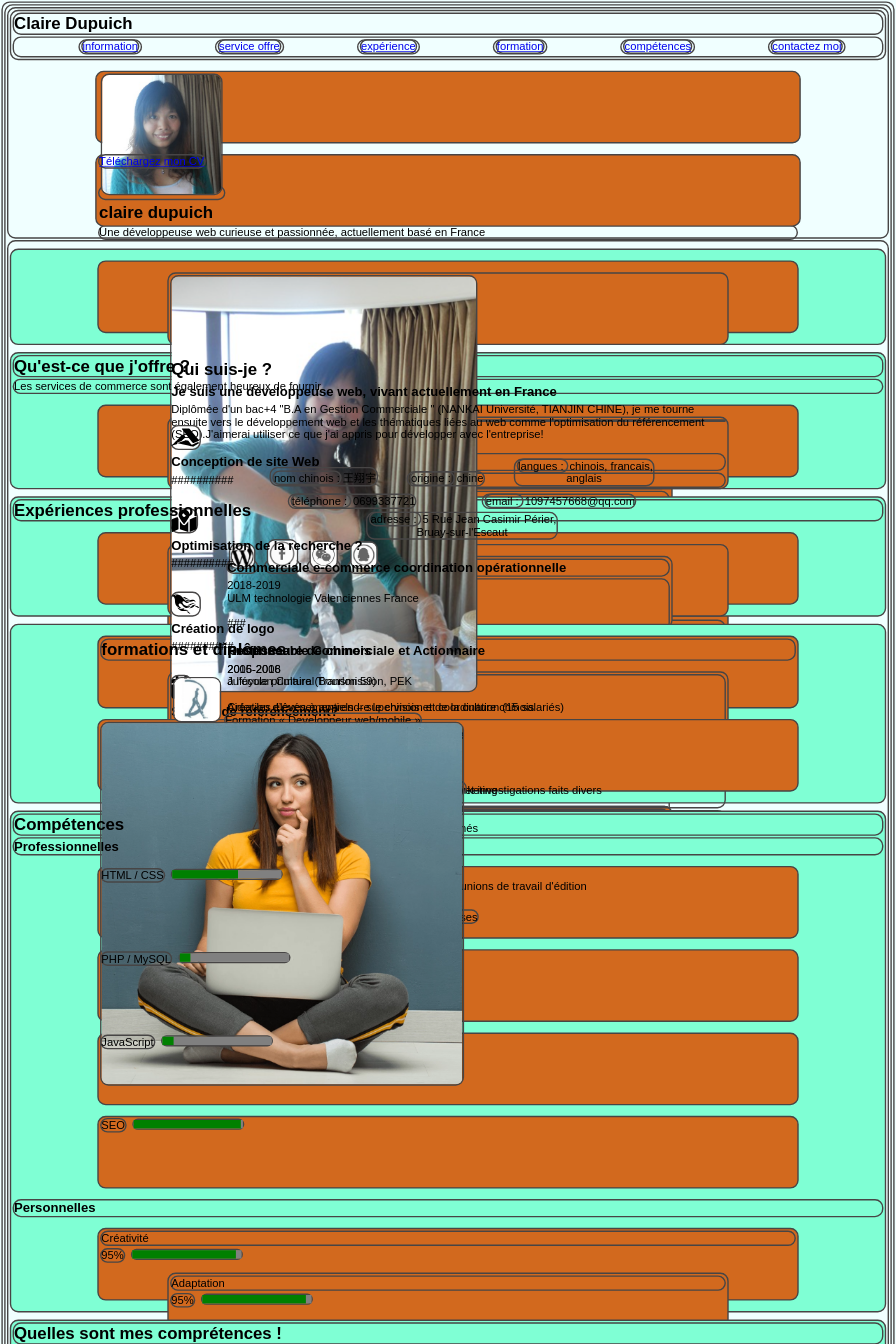
Repository: clairedupuich/cv-claireDUPUICH
Page: cv.html
The author's editor kept a copy of each file at every save. The page is drawn from the files as they stood at one save, then again after the next save.
The browser window is 1280 px wide. The pictures show the part of the page from y = 0 to 1920 px (the page is 3478 px tall), at 70% of full size.
Some web libraries are served in a nearby version.

Above is the page before, as saved 2020-10-08 14:58:58.

### cv.html
<head>
    <title>CV de claire dupuich</title>
    <meta charset="utf-8">
    <meta name="viewport"
          content="width=device-width, initial-scale=1, user-scalable=no">
    <link rel="stylesheet" href="cv.css">
    <link rel="icon" type="image/ico" href="image/favicon.PNG" />
    <link rel="stylesheet" href="https://stackpath.bootstrapcdn.com/font-awesome/4.7.0/css/font-awesome.min.css">
    <link href="https://fonts.googleapis.com/css2?family=Pacifico&display=swap" rel="stylesheet">
</head>
<body>

    <header>
        <nav id="nav" >
            <h1 id="myBtn">Claire Dupuich</h1>
            <script>
                document.getElementById("myBtn").addEventListener("click", function() {
                  alert("Bienvenue sur mon site !");
                });
                </script>
            <ul>
                <li class="lan"><a href="#presant"> information</a></li>
                <li class="lan"><a href="#service">service offre</a></li>
                <li class="lan"><a href="#expreience">expérience</a></li>
                <li class="lan"><a href="#formation">formation</a></li>
                <li class="lan"><a href="#compretence">compétences</a></li>
                <li class="lan"><a href="#cont">contactez moi</a></li>
            </ul>

        </nav>
        <div class="image" id="navimage" >
            <a class="image-grand" href="照片.PNG"><img src="捕获170.png" alt="ma photo" class="ph"/> </a>
            <h2 class="dans-nav">claire dupuich</h2>
            <p>Une développeuse web curieuse et passionnée, actuellement basé en France</p>


        </div>
        <div class="telechargecv" >
            <a href="DUPUICH CV - E COMMERCE.doc">Téléchargez mon CV</a>

        </div>

    </header>
    <main>
        <!--section presant-->
        <section id="presant" >
        <div class="presant">
            <div class="image2">
                <img src="照片2.PNG" alt="un grand photo"/>
            </div>
            <div class="pre">
                <h2>Qui suis-je ?</h2>
                <h3>Je suis une développeuse web, vivant actuellement en France</h3>
                <p>Diplômée d'un bac+4 "B.A en Gestion Commerciale " (NANKAI Université, TIANJIN CHINE), je me tourne ensuite vers le développement web et les
                    thématiques liées au web comme l'optimisation du référencement (SEO).J'aimerai utiliser ce que j'ai appris pour développer avec l'entreprise!</p>
                <div class="list">

                    <ul>
                        <li><span class="contact-flex">nom chinois :</span>王翔宇</li>
                        <li><span class="contact-flex">origine : </span>chine</li>
                        <li><span class="contact-flex">langues : </span>chinois, francais, <br>anglais</li>
                    </ul>
                    <ul>
                         <li><span class="contact-flex">téléphone : </span>0699337721</li>
                         <li><span class="contact-flex">email : </span>1097457668@qq.com</li>
                         <li><span class="contact-flex">adresse : </span>5 Rue Jean Casimir Périer,
                         </br> Bruay-sur-l'Escaut</li>
                    </ul>
                </div>
                <div class="social">
                    <a href="https://clairedupuich.wordpress.com/a-propos/" target="_blank"><img src="捕获wpress.png" alt="Logo wrodpress"></a>
                    <a href="#"><img src="捕获facebook.PNG" alt="Logo Fb"></a>
                    <a href="#"><img src="捕获微信.PNG" alt="Logo wechat"></a>
                    <a href="#"><img src="捕获QQ.PNG" alt="Logo QQ"></a>

                </div>

            </div>

        </div>

        </section>


        <!--section service-->
        <section id="service" class="service">
            <h2 class="service1">Qu'est-ce que j'offre ?</h2>
            <p class="service1">Les services de commerce sont également heureux de fournir</p>
            <div class="icons">
                <div class="icon-item">
                    <p class="padding"></p>
                    <i class="fab fa-accusoft fa-2x"></i>
                    <h3>Conception de site Web</h3>
                    <p>##########</p>

                </div>
                <div class="icon-item">
                    <p class="padding"></p>
                    <i class="fas fa-map-marked-alt fa-2x"></i>
                    <h3>Optimisation de la recherche ?</h3>
                    <p>##########</p>

                </div>
                <div class="icon-item">
                    <p class="padding"></p>
                    <i class="fab fa-phoenix-framework fa-2x"></i>
                    <h3>Création de logo</h3>
                    <p>##########</p>

                </div>
                <div class="icon-item">
                    <p class="padding"></p>
                    <i class="fas fa-calendar-check fa-2x"></i>
                    <h3>Service de référencement?</h3>
                    <p>##########</p>

                </div>

            </div>

        </section>


        <!--section expreience-->
        <section id="expreience" class="espace" >
            <h2 class="eh">Expériences professionnelles</h2>
            <div class="expr">
            <div class="expr1">
                <div class="enf">
                     <h3 class="exp-item">Commerciale e-commerce coordination opérationnelle</h3>
                     <p>2018-2019</br>ULM technologie Valenciennes France</br></br>###</p>
                </div>
                <div class="enf">
                    <h3 class="exp-item">Professeure de chinois</h3>
                    <p>2015-2016</br>à l'école primaire (Bourlon 59)</br></br>Aider les élèves à apprendre le chinois et de la culture chinois</p>
                </div>
                <div class="enf">
                    <h3 class="exp-item">Responsable Marketing et Actionnaire</h3>
                    <p>2009-2013</br>SIkE Ets Consulting Ltd, TIANJIN CHINE </br></br>Développement des projets du département marketing<br/>
                        Vérification et suivi des contrats clientèles VIP<br/>
                        Travail en relation avec les ministères<br/>
                        Formation et évaluation des nouveaux embauchés<br/>
                        Supervision et évaluations périodiques du staff<br/></p>
                </div>
                <div class="enf">
                    <h3 class="exp-item">Directrice des Ventes</h3>
                    <p>2008-2009</br>YUANYANG Science, TIANJIN, CHINE </br></br>Assister le Directeur Général<br/>
                        Développement du fichier clients<br/>
                        Formation du Staff « clients/téléphone »</p>
                </div>
            </div>
            <div class="expr2">
                <div class="enf">
                    <h3 class="exp-item">Responsable Commerciale et Actionnaire</h3>
                    <p>2006-2008</br>Jufuyuan Cultural Transmission, PEK </br></br>Création d’événementiels – supervision et coordination (15 salariés)</p>
                </div>
                <div class="enf">
                    <h3 class="exp-item">Journaliste Reporter d'images</h3>
                    <p>2006</br>pour la Chaîne TODAY's News à PEKIN</br></br>Reportages, couvertures de journaux, interview et investigations faits divers</p>
                </div>
                <div class="enf">
                    <h3 class="exp-item">Journaliste et rédactrice</h3>
                    <p>2005-2006</br>pour la chaîne ZHUOZHOU TV à  ZHUOZHOU </br></br>Reportages et presse écrite<br/>
                        Compétences éditoriales et participation aux réunions de travail d'édition</p>
                </div>
            </div>
            </div>

        </section>


        <!--section formation et diplom-->
        <section id="formation" class="formation">
            <div class="forco">
            <h2>formations et diplômes</h2>
            <div>
                <p><img src="iconfor3.png"/><span class="for-item">Formation « Developpeur web/mobile »</span></br>2020-Auj Anzin France</p>
                <p><img src="iconfor3.png"/><span class="for-item">Formation « MS Outil logiciels du E-commerce »</span></br>2018-2018 Valenciennes France</p>
                <p><img src="iconfor2_gaitubao_53x56.png"/><span class="for-item">B.A en Gestion Commerciale (maîtrise)</span></br>2007-2009 Chine</p>
                <p><img src="iconfor2_gaitubao_53x56.png"/><span class="for-item">Diplôme de gestion et administration des entreprises</span></br>2007-2009 Chine</p>
                <p><img src="iconfor2_gaitubao_53x56.png"/><span class="for-item">Diplôme en Production Audiovisuelle</span></br>2002-2005 Chine</p>


            </div>
            </div>
            <div class="forimg">
                <img src="photo compretence1.png" alt="un image" />
            </div>

        </section>


        <!--section compretence-->
        <section id="compretence" class="compretence">
            <h2 >Compétences</h2>
            <h3 class="compretence1">Professionnelles</h3>
            <div class="comp">
                <label for="barre1"> HTML / CSS</label>
                <progress id="barre1" max="100" value="60" >60%</progress>
            </div>
            <div class="comp">
                <label for="barre2">PHP / MySQL</label>
                <progress id="barre2" max="100" value="10">10%</progress>
            </div>
            <div class="comp">
                <label for="barre3">JavaScript</label>
                <progress id="barre3" max="100" value="10">10%</progress>
            </div>
            <div class="comp">
                <label for="barre4">SEO</label>
                <progress id="barre4" max="100" value="98">10%</progress>
            </div>
            <h3 class="compretence2">Personnelles</h3>
            <div class="comp2">

                 <p>Créativité</p>
                 <label for="cre">95%</label>
                 <progress id="cre" max="100" value="95"></progress>
            <div class="comp2">
                 <p>Adaptation</p>
                 <label for="ada">95%</label>
                 <progress id="ada" max="100" value="95">ou est moi?</progress>
            </div>
            <div class="comp2">
                 <p>Sérieuse</p>
                 <label for="ser">95%</label>
                 <progress id="ser" max="100" value="95"></progress>

            </div>
            <div class="comp2">
                 <p>Pédagogie</p>
                 <label for="peda">95%</label>
                 <progress id="peda" max="100" value="95"></progress>
        </div>

        </section>
        <!--section compretence type2-->
        <section id="service" class="service">
            <h2 >Quelles sont mes comprétences !</h2>
            <p class="service1">Prête à aider votre entreprise à grandir ensemble</p>
            <div class="icons">
                <div class="icon-item">
                    <i class="fas fa-laptop-code fa-2x"></i>
                    <h3>Informatique </h3>
                    <p>Utilisation d’outils de planification, Utilisation d’outils bureautiques, création de sites webs (Prestashop, WordPress, Oxatis, jomla Photoshop);Connaissance html, css.</p>

                </div>
                <div class="icon-item">
                    <i class="fas fa-globe-europe fa-2x"></i>
                    <h3>Langue parlé</h3>
                    <p>Trilingue Mandarin/Français/Anglais</p>

                </div>
                <div class="icon-item">
                    <i class="far fa-handshake fa-2x"></i>
                    <h3>Commerce et Management</h3>
                    <p>Négociation commerciale, team manager, gestion de crise, suivi de contrats, droit Chinois des sociétés, droit commercial Chinois,capable de travailler sous pression et dans le respect des délais.</p>

                </div>
                <div class="icon-item">
                    <i class="fas fa-calendar-check fa-2x "></i>
                    <h3>Communication et Audio visuel </h3>
                    <p>Relations publiques et médias; Usage de caméra pro, montage, interviews</p>

                </div>

            </div>

        </section>


        <!--section mes créations -->
        <section id="">

        </section>



        <!--section loisire-->
        <section id="" class="sintreret">
            <h2>centres d'intérêts </h2>
            <p class="sp">découvrez la beauté de la vie</p>
            <iframe width="210" height="75" src="https://www.youtube.com/embed/2zda1Tr4big" frameborder="0" allow="accelerometer; autoplay; clipboard-write; encrypted-media; gyroscope; picture-in-picture" allowfullscreen></iframe>
           <!--

           <!--<div class="carousel">->
            <div class="slide-container">
                    <div>
                    <div class="slid1 slid">
                        <img src="image\乔巴1.jpg " alt="" class="iimage">
                        <div class="text">
                            <p>One Piece,Dragon Ball Z, Gintama et Le Pacte des Yōkai.Chaque anime est un monde indépendant. Ils sont si loin de nous, mais ils nous rappellent de temps en temps de garder notre innocence et notre passion pour la vie .</p>
                            <h2>Anime</h2>
                            <h3>profite de la vie</h3>
                        </div>
                    </div>

                    <div class="slid2 slid">
                        <img src=" " alt="" class="iimage">
                        <div class="text">
                            <p></p>
                            <h2>musique classique</h2>
                            <h3>profite de la vie</h3>
                        </div>
                    </div>

                    <div class="slid3 slid">
                        <img src=" " alt="" class="iimage">
                        <div class="text">
                            <p></p>
                            <h2>sport</h2>
                            <h3>profite de la vie</h3>
                        </div>
                    </div>

                    <div class="slid4 slid">
                        <img src=" " alt="" class="iimage">
                        <div class="text">
                            <p></p>
                            <h2>jardinage</h2>
                            <h3>profite de la vie</h3>
                        </div>
                    </div>

                    <div class="slid5 slid">
                        <img src=" " alt="" class="iimage">
                        <div class="text">
                            <p></p>
                            <h2>Littérature</h2>
                            <h3>profite de la vie</h3>
                        </div>
                    </div>
                    </div>
                    <!-- Bouton slide précédant -->
                    <a class="prev" id="prev"><</a>
                    <!-- Bouton slide suivant -->
                    <a class="next" id="next">></a>


            </div>
            <br>
            <!-- Indicateurs de Position ->

            <div class="dots">
                 <span class="dot" onclick="currentSlide(1)"></span>
                 <span class="dot" onclick="currentSlide(2)"></span>
                 <span class="dot" onclick="currentSlide(3)"></span>
                 <span class="dot" onclick="currentSlide(4)"></span>
                 <span class="dot" onclick="currentSlide(5)"></span>
            </div>

        </section>
        -->
        <!--senction simple pour l'instant-->
        <div class="contenue-interet">
            <figure class="fig">
                <img img src="image\jardinage.PNG" alt="" class="iimage"/>
                <figcaption>jardinage</figcaption>
            </figure>
            <figure class="fig">
                <img img src="image\musique.PNG" alt="" class="iimage"/>
                <figcaption>musique classique</figcaption>
            </figure>
            <figure class="fig">
                <img img src="image\乔巴1.jpg" alt="" class="iimage"/>
                <figcaption>Anime</figcaption>
            </figure>
            <figure class="fig">
                <img img src="image\sport1.PNG" alt="" class="iimage"/>
                <figcaption>sport</figcaption>
            </figure>
            <figure class="fig">
                <img img src="image\书1.PNG" alt="" class="iimage"/>
                <figcaption>Littérature</figcaption>
            </figure>

        </div>
        <section model de centre interet>

            <div class="owl-item">
                    <div class="review-item">
                        <div class="clint">
                            <img src="image\乔巴1.jpg" alt="" class="imagecerf"/>
                        </div>
                        <p>One Piece,Dragon Ball Z, Gintama et Le Pacte des Yōkai.Chaque anime est un monde indépendant. Ils sont si loin de nous, mais ils nous rappellent de temps en temps de garder notre innocence et notre passion pour la vie .</p>
                        <h2>Anime</h2>
                        <h3>profite de la vie</h3>
                    </div>
             </div>
         </section>



        <!--section formulaire de contact-->
        <section id="cont" class="cont" >
            <h2>contactez moi</h2>
            <div class="hform">
                 <h3>Au plaisir de vous entendre</h1>
                 <p class="contat-p">Nous respectons votre vie privée, ne tolérons pas les spams, ne divulguerons pas vos informations</p>
                 <form action="https://clairedupuich.wordpress.com/contact/#contact-form-3" method="post" class="contact-form ">
                         <div class="nomemail">
                                 <div class="form-nom">
                                     <label for="f-nom" class="fln nom"></label>
                                     <input type="text" name="f-nom" id="f-nom" placeholder="Ton nom" class="name" required >
                                 </div>

                                 <div class="form-emil">
                                      <label for="f-email" class="fln email"></label>
                                      <input type="email" name="f-email" id="f-email" placeholder="Ton E-mail" class="name email" required>
                                 </div>
                         </div>

                         <div class="form-message">
                              <label for="f-message" class="fml"></label>
                              <textarea name="f-message" id="f-message" rows="8" class="textarea" placeholder="Laissez votre message ici" required ></textarea>
                         </div>
                         <div class="contact-submit">

                             <input type="submit"  value="envoyer  message">

                         </div>
                 </form>
            </div>
        </section>






    </main>
    <footer>
    <div class="fo1">
        <h2 class="foh2">claire dupuich</h2>
        <ul>
            <li><img class="iconfooter" src="image\脸书.PNG"/> </li>
            <li><img class="iconfooter" src="image\百度.PNG"/></li>
            <li><img class="iconfooter" src="image\微信1.PNG"/></li>
            <li><img class="iconfooter" src="image\电话.PNG"/></li>

        </ul>

    </div>

    <div class="fo2">

        <p class="fop">Heureux tous les jours</p>
        <p class="fop2"><a href="#navimage"> ^ </a> </p>

    </div>
    </footer>
    <script defer src="https://use.fontawesome.com/releases/v5.14.0/js/all.js" integrity="sha384-3Nqiqht3ZZEO8FKj7GR1upiI385J92VwWNLj+FqHxtLYxd9l+WYpeqSOrLh0T12c" crossorigin="anonymous"></script>
    <script type="text/javascript" src="cv.js"></script>
</body>

### cv.css

    * {
        font-family: Avenir, sans-serif;
        border: 2px solid rgb(71, 69, 69);
        border-radius: 12px;
         margin: 2px;

    }

    body {
        background-color: azure;


    }
    section {
        margin-top: 10px;

        background-color: aquamarine;


    }
    div {
        margin: 15px auto;
        width:80% ;
        height: 100px;
        background-color: chocolate;
    }
    ul {
        text-align: center;
        display: flex;
        justify-content: space-around;
        flex-wrap: wrap;
        list-style: none;
        align-items: flex-end;
    }

    footer{

    }
    footer,
    .header{
        background-color: gray;
        display: flex;
        justify-content: space-around;
    }

    .header {
        text-align: left;

    }
    .img {
        width:170px;
        height: 170px;
        margin-left: 55px;
    }

### cv.js
// Gestion de la fermeture de la page web
window.addEventListener("beforeunload", function (e) {
    var message = "À bientôt!";
    e.returnValue = message; // Provoque une demande de confirmation (standard)
    return message; // Provoque une demande de confirmation (certains navigateurs)
});

After the next save:
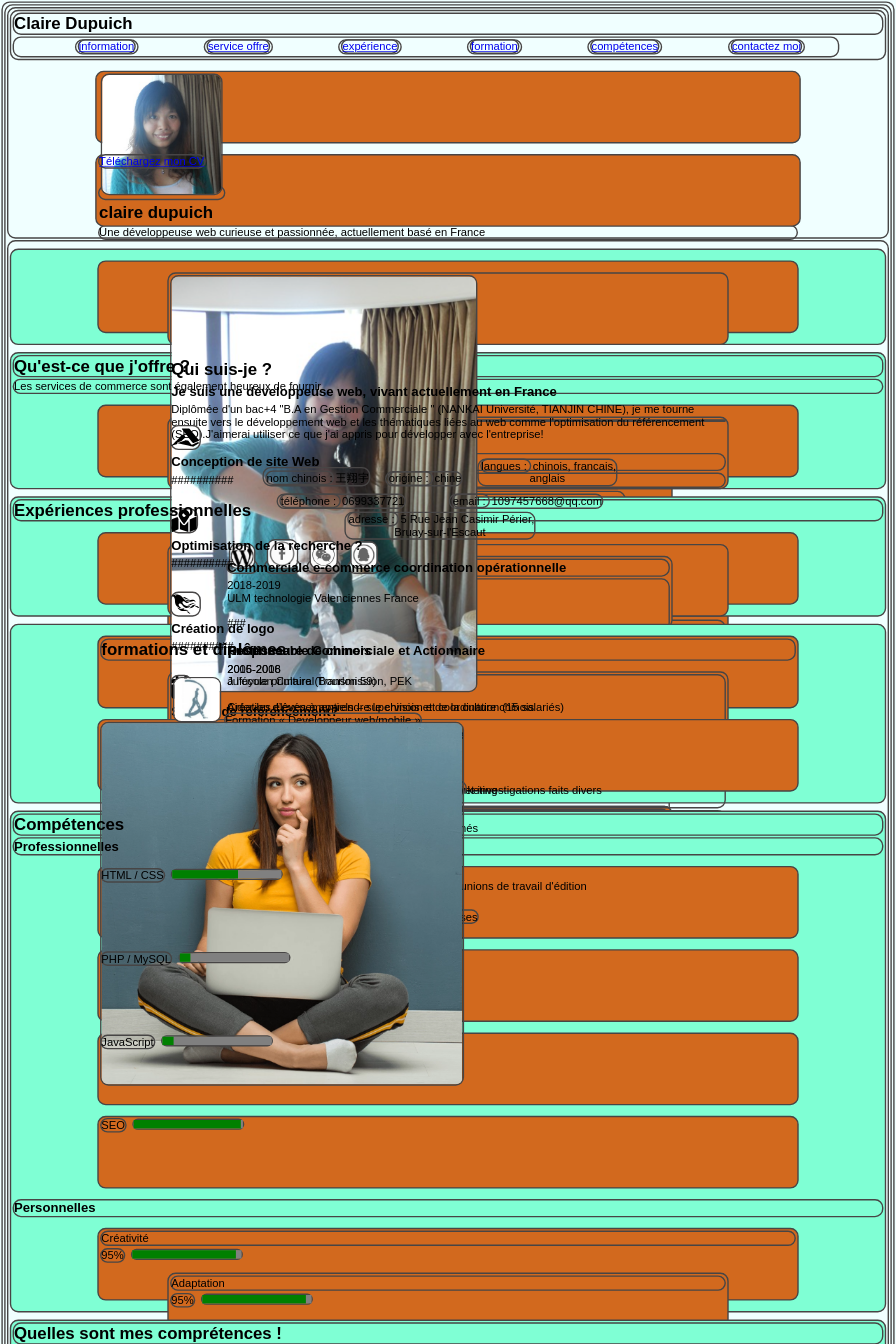
Saved 53 s later.
--- a/cv.css
+++ b/cv.css
@@ -32,6 +32,7 @@
         flex-wrap: wrap;
         list-style: none;
         align-items: flex-end;
+        margin-right: 65px;
     }
 
     footer{
